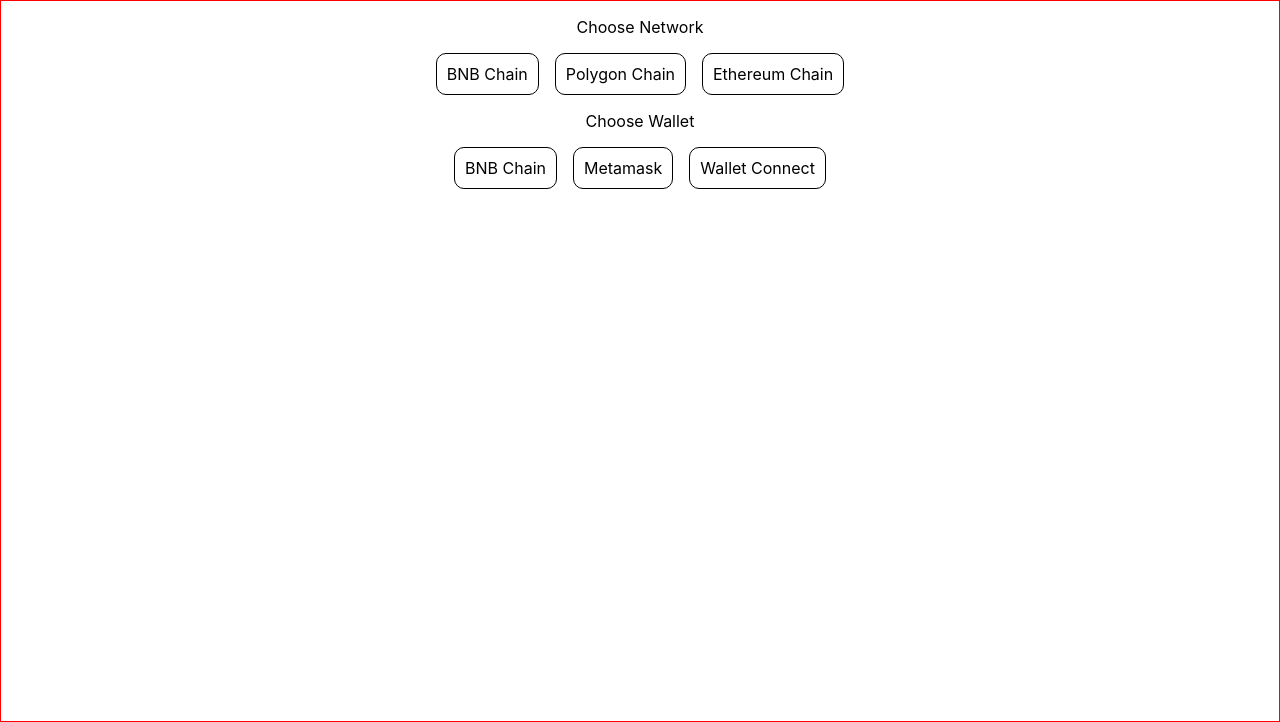
Repository: m-ahmadshaikh/Wallet-Connect
Page: /
The author's editor kept a copy of each file at every save. The page is drawn from the files as they stood at one save, then again after the next save.
The browser window is 1280 px wide. The pictures show the whole page.
The project was rebuilt for these pictures with package versions that can differ from the ones it lists, and the page was loaded fresh each time.

Above is the page before, as saved 2023-01-19 18:01:05.

After the next save:
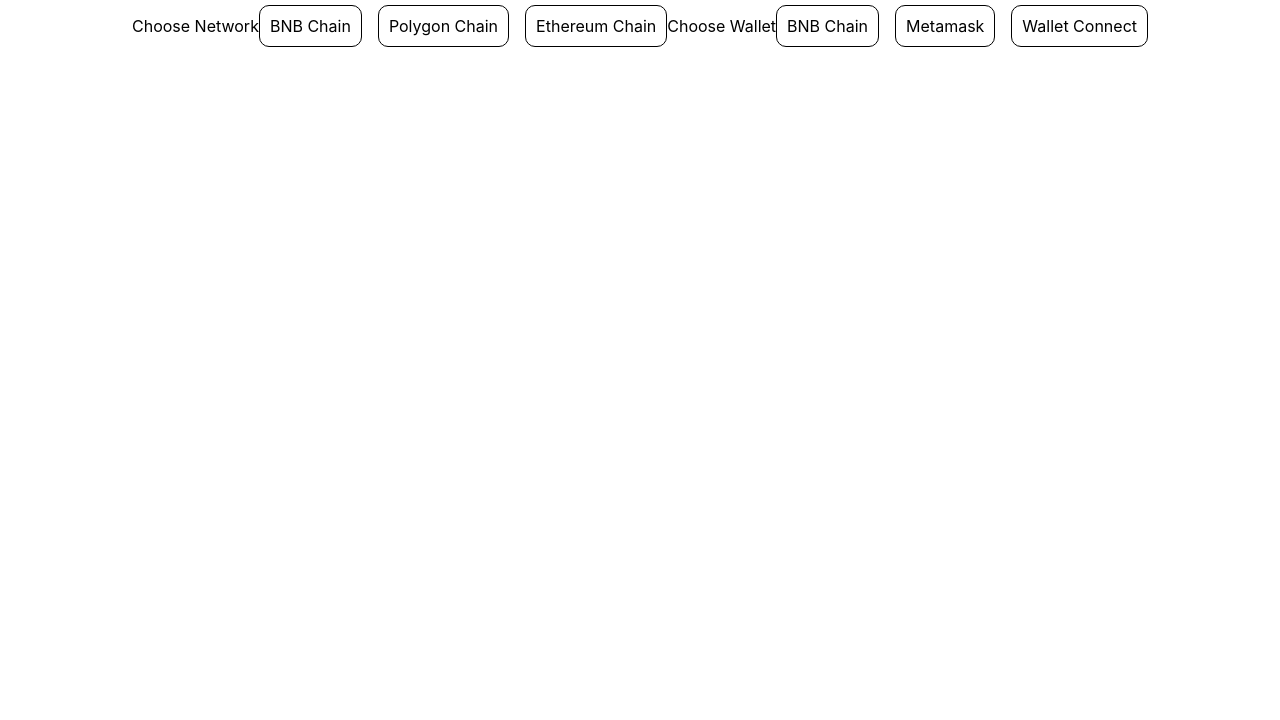
Saved 12 s later.
--- a/src/App.css
+++ b/src/App.css
@@ -1,6 +1,5 @@
 body {
   height: 100vh;
-  border: 1px solid red;
 }
 
 .flex {
@@ -9,6 +8,7 @@
 }
 
 .main {
-  display: grid;
-  place-items: center;
+  display: flex;
+  justify-content: center;
+  align-items: center;
 }
